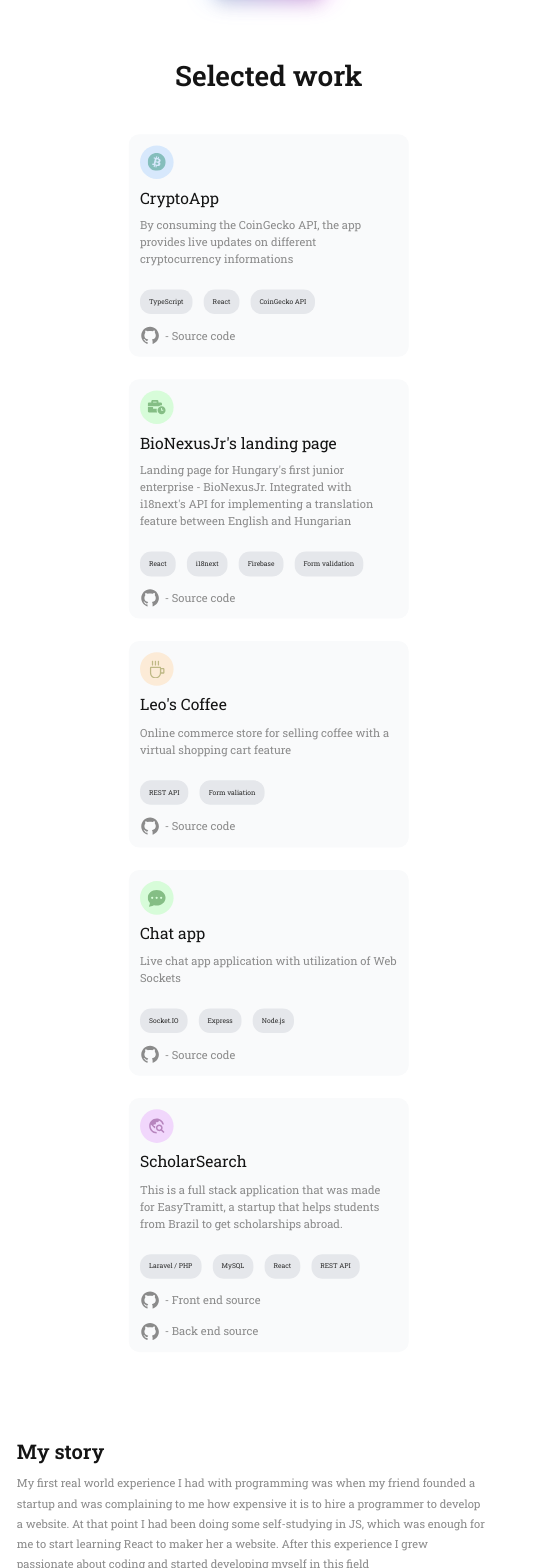
Repository: Leoka2000/portfolio-final
Page: /
The author's editor kept a copy of each file at every save. The page is drawn from the files as they stood at one save, then again after the next save.
The browser window is 768 px wide. The pictures show the part of the page from y = 424 to 2664 px (the page is 3842 px tall), at 70% of full size.
The page's requests for data from a server got no answer. Some web fonts or font styles are not loaded; a fallback is used. The project was rebuilt for these pictures with package versions that can differ from the ones it lists, and the page was loaded fresh each time. No one was signed in, and anything a server would have sent is missing. Also part of the build but not shown: src/App.css. Imported but missing from the stored project, and not drawn on this page: src/assets/LeoCV.pdf, src/assets/ScholarSearch.mp4.

Above is the page before, as saved 2023-05-11 19:57:47.

### public/index.html
<!DOCTYPE html>
<html lang="en">
  <head>
    <meta charset="utf-8" />
    <link rel="icon" href="%PUBLIC_URL%/favicon.ico" />
    <meta name="viewport" content="width=device-width, initial-scale=1" />
    <meta name="theme-color" content="#000000" />
    <meta
      name="description"
      content="Web site created using create-react-app"
    />
    <link rel="apple-touch-icon" href="%PUBLIC_URL%/logo192.png" />
    <!-- font -->
    <link rel="preconnect" href="https://fonts.googleapis.com">
    <link rel="preconnect" href="https://fonts.gstatic.com" crossorigin>
    <link href="https://fonts.googleapis.com/css2?family=Fira+Sans+Extra+Condensed:wght@300&family=Roboto+Condensed:wght@300&family=Roboto+Slab:wght@400;500;600&display=swap" rel="stylesheet">

    <!-- font -->
    <link rel="manifest" href="%PUBLIC_URL%/manifest.json" />

    <title>React App</title>
  </head>
  <body>
    <noscript>You need to enable JavaScript to run this app.</noscript>
    <div id="root"></div>
    <!--
      This HTML file is a template.
      If you open it directly in the browser, you will see an empty page.

      You can add webfonts, meta tags, or analytics to this file.
      The build step will place the bundled scripts into the <body> tag.

      To begin the development, run `npm start` or `yarn start`.
      To create a production bundle, use `npm run build` or `yarn build`.
    -->
  </body>
</html>

### src/pages/main/home.jsx
import React from 'react'
import Navbar from '../../compontents/navbar/navbar'
import Hero from './hero/hero'
import Work from './work/work-parent'
import About from './about/about'
import Contact from '../contact/contact'


const Home = () => {
  return (
    <>
      <Hero/>
      <Work/>
      <About/>
      <Contact/>
    </>
  )
}

export default Home

### src/compontents/navbar/navbar.css
.nav-navbar {
    display: flex;
    justify-content: flex-start;

    align-items: center;
    height: 90px;
}

.nav-navbar > span {
    display: flex;
    color: var(--h1);
    text-align: center;
    align-items: center;
    justify-content: center;
    background-color: #f5f5f5;
    font-weight: 300;
    padding: 9px 30px;
    border-radius: 30px;
    height: 2rem;
    gap: 1rem;
    width: auto;
    position: absolute;
    right: 30rem;

}
.nav-navbar > span > div {
width: 1.4rem;
border-radius: 100%;
background-color: rgb(101, 223, 101);
height: 1.4rem;
}
.dropdown-menu{
    position: absolute;
    right: 0;
    margin-right: 2rem;


}
.nav-dropdown {
    transform: none;
    transition: all 2s ease-in-out;
    margin-top: 1rem;
    background-color: #f5f5f5;
    position: absolute;
    top: 1;
    right: 0;
    border-radius: 10px;
    width: 10rem;
    height: 8.5rem;
    font-size: 1.2rem;
    transition: all .2s ease-in-out;
    box-shadow: rgba(0, 0, 0, 0.1) 0px 20px 25px -5px, rgba(0, 0, 0, 0.04) 0px 10px 10px -5px;
    opacity:1;
    transition:

     0s linear,
     1s linear;
}
.nav-dropdown::before {
    content: "";
z-index: -1;
position: absolute;
top: 0;
right: 0;
bottom: 0;
left: 0;
background: linear-gradient(-45deg,#e81cff,#40c9ff);
transform: translateZ(0) scale(.95);
filter: blur(20px);
opacity: .6;
transition: .3s;
border-radius: inherit;
transition: all 2s ease-in-out;

}
.dropdown{

    list-style: none;
    display: flex;
 flex-direction: column;
 padding: 1rem;
 transform: none;
 opacity:1;
    transition:

     0s linear,
     1s linear;


}

.dropdown > a {
    list-style: none;
    width: 84%;
    display: flex;
    padding: 0.5rem 1rem 0.5rem 0.7rem;
}
.dropdown > a > a {
    width: 100%;
}
.dropdown a:hover {
    background-color: rgb(219, 219, 219);
    cursor: pointer;
    border-radius: 10px;
    transition: 0.2s;
}
.nav-navbar > div > button {
    background-color: transparent;
    outline: none;
    border: none;
    display: flex;
    align-items: center;
    background-color: #f5f5f5;
    border-radius: 10px;

    padding: 0.8rem;
    justify-content: center;
    gap: 0.2rem;
    cursor: pointer;
    position: relative;
    transition: 0.3s;
}
.nav-navbar > div > button:hover {
background-color: rgb(228, 228, 228);
transform: scale(1.1);
}
.dropdown-menu > button > p {
    font-size: 1.2rem;

}
.dropdown-menu button svg {
    font-size: 1.5rem;
}

### src/pages/main/hero/hero.jsx
import React from 'react'
import {AiFillGithub} from 'react-icons/ai'
import {AiOutlineMail} from 'react-icons/ai'
import {AiFillLinkedin} from 'react-icons/ai'
import './hero.css'
import { Link } from 'react-scroll'

const hero = () => {
  return (
    <>
      <section className='hero-section'>
        <h1>Hi, I'm Leo, a front-end developer</h1>
        <p>I build things for the web primarily using React. Currently living in Hungary</p>
        <div className='icons-wrapper'>
          <a href='https://www.linkedin.com/in/leoreus/'><AiFillGithub/></a>
          <a href='https://github.com/Leoka2000'><AiOutlineMail/> </a>
          <a><AiFillLinkedin/></a>
        </div>
        <button className='hero-btn'> <Link to="contact" spy={true} smooth={true} offset={100} duration={500}>Hire me</Link></button>
      </section>
    </>
  )
}

export default hero

### src/pages/main/about/about.js
import React from 'react'
import './about.css'
import ThingsIDo from './thingsido/index'
import Skills from './skills/index'

const about = () => {
  return (
    <section id='about' className='about-section'>
      <ThingsIDo/>
      <Skills/>
    </section>
  )
}

export default about

### src/pages/contact/contact.js
import React from 'react'
import './contact.css'
import Form from './inputs/index'

const Contact = () => {
  return (
    <section id='contact' className='contact-session'>
      <header className='contact-header'>
        <h1>Let's Talk about Your Project.</h1>
        <p>Something on your mind? Get in touch and let's chat!</p>

      </header>
<main className='contact-main'>
<Form/>
</main>


    </section>
  )
}

export default Contact

### src/pages/main/hero/hero.css
.hero-section {
    display: flex;
    flex-direction: column;
    text-align: center;
    align-items: center;
    padding: 4rem 2rem 2rem 2rem;
    justify-content: center;
    gap: 1.5rem
}
.hero-section h1 {
    color: var(--h1);
    font-size: 5rem;
}
.hero-section p {
    color: var(--p);
    font-size: 2rem;
    line-height: 2.5rem;
    width: 80%;

}
.icons-wrapper {
    font-size: 2rem;
    color: var(--p);
    background-color: #f5f5f5;
    border-radius: 25px;
    align-items: center;
    padding: 0.8rem 0 0.5rem 0;
    width: 12rem;
    display: flex;
    justify-content: center;
    gap: 1rem;
    cursor: pointer;

}
.icons-wrapper a {
    text-decoration: none;
    color: var(--p);
}
.icons-wrapper svg {
    transition: 0.4s;
}
.icons-wrapper svg:hover {
    color: rgb(0, 0, 0);
}


.hero-section > button {
    font-family: 'Fira Sans Extra Condensed', sans-serif;

    font-family: 'Inter', sans-serif;

    font-family: 'Roboto Condensed', sans-serif;

    font-family: 'Roboto Slab', serif;

    display: flex;
    justify-content: center;
    align-items: center;
    color: white;
    font-size: 1.3rem;
    width: 10rem;
    height: 3.5rem;
    border-radius: 10px;
    outline: none;
    background-color: black;
    border: none;
    position: relative;
    cursor: pointer;
    transition: all .2s ease-in-out;
    box-shadow: rgba(0, 0, 0, 0.1) 0px 20px 25px -5px, rgba(0, 0, 0, 0.04) 0px 10px 10px -5px;
}
.hero-section > button::before {
    content: "";
z-index: -1;
position: absolute;
top: 0;
right: 0;
bottom: 0;
left: 0;
background: linear-gradient(-45deg, #e81cff, #40c9ff);
transform: translateZ(1) scale(.98);
filter: blur(20px);
opacity: .6;
transition: opacity .3s;
border-radius: inherit;
transition: all .2s ease-in-out;
}
.hero-section > button::after {

        content: "";
        z-index: -1;
        position: absolute;
        top: 0;
        right: 0;
        bottom: 0;
        left: 0;
        background: inherit;
        border-radius: inherit;
      }

.hero-section > button:hover {
transform: scale(1.1);
background-color: white;
color: black;
}



@media screen and (max-width: 1000px) {
    .hero-section > h1 {
        color: var(--h1);
        font-size: 2rem;
    }
    .hero-section > p {
        font-size: 1.2rem;
        line-height: 1.4rem;
    }

}

### src/pages/main/work/work.css
.work-section {
    display: flex;
    flex-direction: column;
    justify-content: center;
    padding: 4rem 1rem 1rem 1rem;

}
.work-section > header {
text-align: center;
font-size:2.5rem;
}

.work-main {
    padding-top: 4rem;
    display: flex;
    gap: 2rem;
    flex-wrap: wrap;
    justify-content: center;
}
.individual-wrapper {
    background-color: var(--background);
    width: 23rem;
    cursor: pointer;
    display: flex;
    justify-content: space-between;
    flex-direction: column;
gap: 1rem;
padding: 1rem;
border-radius: 15px;
height: auto;
transition: 0.5s;
}
.individual-wrapper:hover {
    transform: scale(1.02);
    background-color: rgb(241, 241, 241);

}
.individual-wrapper > h1 {
    font-size: 1.4rem;
    font-weight: 400;
}
.individual-wrapper > span {
    font-size: 1.6rem;
    background-color: var(--background-dark);
    border-radius: 100%;
    width: 3rem;
    height: 3rem;
    justify-content: center;
    align-items: center;
    display: flex;
}
.individual-wrapper > p {
    color: var(--p);
    line-height: 1.5rem;
}
.key-wrapper {
    display: flex;
    gap: 1rem
}
.key-wrapper > span {
    margin-top: 1rem;
    text-align: center;
    padding: 0.7rem;
    border-radius: 16px;
    width: auto;
    display: block;
    font-weight: 100;
    font-size: 0.75rem;
    background-color: var(--background-dark);
    color :rgb(43, 43, 43)
}

a { color: inherit;
text-decoration: none;
}
.individual-wrapper > a {
    font-size: 1.8rem;
    cursor: pointer;
    display: flex;
    color: var(--p);
    align-items: center;
    gap: 0.4rem;
    transition: 0.3s;
}
.individual-wrapper > a > p {
    color: var(--p);
    font-size: 1rem;
    transition: 0.3s;

}

.individual-wrapper > a:hover #hover {
    color: black;
}

.individual-wrapper > a:hover {
    color: black;
}
#work-1 {
    background-color: rgb(215, 232, 252);
    color: rgb(133, 190, 188);
}

#work-2 {
    background-color: rgb(215, 252, 217);
    color: rgb(133, 190, 133);
}
#work-3 {
    background-color: rgb(252, 235, 215);
    color: rgb(190, 184, 133);
}
#work-4 {
    background-color: rgb(215, 252, 217);
    color: rgb(133, 190, 133);
}
#work-5 {
    background-color: rgb(241, 215, 252);
    color: rgb(183, 133, 190);
}

  .video-overlay {
    position: fixed;
    top: 0;
    left: 0;
    width: 100%;
    height: 100%;
    background-color: rgba(0, 0, 0, 0.8);
    display: flex;
    justify-content: center;
    align-items: center;
    z-index: 9999;
  }

  .video-overlay video {
    width: 90%;
    height: 90%;
  }

  .video-overlay button {
    background-color: #fff;
    position: absolute;
    color: #000;
    border: none;
    right: 4rem;
    top: 12rem;
    padding: 10px 20px;
    font-size: 16px;
    border-radius: 4px;
    cursor: pointer;
  }

  .video-overlay button:hover {
    background-color: #000;
    color: #fff;
  }

  @media screen and (max-width: 1000px) {

    .video-overlay button {
        background-color: #fff;
        position: absolute;
        color: #000;
        border: none;
        right: 9rem;
        top: 9rem;
        padding: 10px 20px;
        font-size: 16px;
        border-radius: 4px;
        cursor: pointer;
      }


}

@media screen and (max-width: 800px) {
    .key-wrapper > span {
        margin-top: 1rem;
        text-align: center;
        padding: 0.8rem;
        border-radius: 16px;
        width: auto;
        display: block;
        font-weight: 100;
        font-size: 0.6rem;
        background-color: var(--background-dark);
        color :rgb(43, 43, 43)
    }
}

### src/pages/main/work/projects/bionexus/index.jsx
import React from 'react'
import {FaBusinessTime} from 'react-icons/fa'
import {AiFillGithub} from 'react-icons/ai'

const index = () => {
  return (
    <a target='_blank' href='https://bionexusjr.com/' className='individual-wrapper'>
    <span id='work-2'><FaBusinessTime/></span>
    <h1>BioNexusJr's landing page</h1>
    <p>Landing page for Hungary's first junior enterprise - BioNexusJr. Integrated with i18next's API for implementing a translation feature between English and Hungarian</p>
    <div className='key-wrapper'>
    <span>React</span>
      <span>i18next</span>
      <span>Firebase</span>
      <span>Form validation</span>
    </div>
    <a href='https://github.com/Leoka2000/BioNexus-s-Website'><AiFillGithub/><p id='hover'>- Source code</p></a>
  </a>
  )
}

export default index

### src/pages/main/work/projects/coffee/index.jsx
import React from 'react'
import {AiOutlineCoffee} from 'react-icons/ai'
import {AiFillGithub} from 'react-icons/ai'

const index = () => {
  return (
    <a target='_blank'  href='https://voluble-salamander-19402b.netlify.app/' className='individual-wrapper'>
      <span id='work-3'><AiOutlineCoffee/></span>
      <h1>Leo's Coffee</h1>
      <p>Online commerce store for selling coffee with a virtual shopping cart feature</p>
      <div className='key-wrapper'>
        <span>REST API</span>
        <span>Form valiation</span>
      </div>
      <a href='https://www.facebook.com/'><AiFillGithub/><p id='hover'>- Source code</p></a>
    </a>
  )
}

export default index

### src/pages/main/work/projects/chatapp/index.jsx
import React from 'react'
import {BsFillChatDotsFill} from 'react-icons/bs'
import {AiFillGithub} from 'react-icons/ai'

const index = () => {
  return (
    <a target='_blank'  href='https://idyllic-horse-830bac.netlify.app/' className='individual-wrapper'>
    <span id='work-4'><BsFillChatDotsFill/></span>
    <h1>Chat app</h1>
    <p>Live chat app application with utilization of Web Sockets</p>
    <div className='key-wrapper'>
      <span>Socket.IO</span>
      <span>Express</span>
      <span>Node.js</span>
    </div>
    <a href='https://www.facebook.com/'><AiFillGithub/><p id='hover'>- Source code</p></a>
  </a>
  )
}

export default index

### src/pages/main/work/projects/easy/index.jsx
import React, { useState } from 'react';
import { MdTravelExplore } from 'react-icons/md';
import { AiFillGithub } from 'react-icons/ai';
import video from '../../../../../assets/ScholarSearch.mp4';

const Index = () => {
  const [isVideoPlaying, setIsVideoPlaying] = useState(false);

  const handleVideoClick = (event) => {
    const targetElement = event.target;
    const isGithubLink = targetElement.closest('.github-link');

    if (!isGithubLink) {
      setIsVideoPlaying(true);
      disableScroll();
    }
  };

  const handleQuitVideo = () => {
    setIsVideoPlaying(false);
    enableScroll();
  };

  const disableScroll = () => {
    document.body.style.overflow = 'hidden';
  };

  const enableScroll = () => {
    document.body.style.overflow = '';
  };

  return (
    <div>
      <div onClick={handleVideoClick} className="individual-wrapper">
        <span id="work-5">
          <MdTravelExplore />
        </span>
        <h1>ScholarSearch</h1>
        <p>
          This is a full stack application that was made for EasyTramitt, a
          startup that helps students from Brazil to get scholarships abroad.
        </p>
        <div className="key-wrapper">
          <span>Laravel / PHP</span>
          <span>MySQL</span>
          <span>React</span>
          <span>REST API</span>
        </div>
        <a target='_blank' href="https://github.com/Leoka2000/front-end-ScholarSearch" className="github-link">
          <AiFillGithub />
          <p id="hover">- Front end source</p>
        </a>
        <a  target='_blank' href="https://github.com/Leoka2000/back-end-laravel" className="github-link">
          <AiFillGithub />
          <p id="hover">- Back end source</p>
        </a>
      </div>

      {isVideoPlaying && (
        <div className="video-overlay">
          <video src={video} controls autoPlay />
          <button onClick={handleQuitVideo}>Quit</button>
        </div>
      )}
    </div>
  );
};

export default Index;

### src/pages/main/work/projects/cryptoapp/index.jsx
import React from 'react'
import {SiBitcoin} from 'react-icons/si'
import {AiFillGithub} from 'react-icons/ai'

const index = () => {
  return (
    <a target='_blank'  href='https://regal-macaron-8fc4ed.netlify.app/' className='individual-wrapper'>
      <span id='work-1'><SiBitcoin/></span>
      <h1>CryptoApp</h1>
      <p>By consuming the CoinGecko API, the app provides live updates on different cryptocurrency informations</p>
      <div className='key-wrapper'>
      <span>TypeScript</span>
      <span>React</span>
        <span>CoinGecko API</span>
      </div>
      <a href='https://github.com/Leoka2000/CryptoApp'><AiFillGithub/><p id='hover'>- Source code</p></a>
    </a>
  )
}

export default index

### src/pages/main/about/about.css
.about-section {
    display: flex;
    gap: 0.5rem;
    padding: 7rem 1.5rem 5rem 4rem;
}

.left {
    display: flex;
    flex-direction: column;
    width: 50rem;
    gap: 1rem;

}
.left > h1 {
    color: var(--h1);
    font-size: 1.8rem;
}
.left > p {
    line-height: 1.8rem;
    color: var(--p);
    font-size: 1rem;
    font-weight: normal;
    -webkit-font-smoothing: antialiased;
    -moz-osx-font-smoothing: grayscale;
    width: 90%;

}

.right {
    display:flex;
    flex-direction: column;
    background-color: var(--background);
    border-radius: 16px;
    gap:1.6rem;
    padding: 1.3rem;
    justify-content: space-evenly;
    z-index: 0;
    width: 30rem;

}
.right > h1 {
    font-size: 1.9rem;
}
.right > p {
    color: var(--p);
    font-size: 1.1rem;
    line-height: 1.8rem;
    width: 95%;
}
.right-btn {
    display: flex;
    justify-content: center;
    align-items: center;
    color: white;
    font-size: 1rem;
    width: 10rem;
    height: 2.5rem;
    border-radius: 10px;
    outline: none;

    background-color: black;
    border: none;
    position: relative;
    cursor: pointer;
    transition: all .2s ease-in-out;
    box-shadow: rgba(0, 0, 0, 0.1) 0px 20px 25px -5px, rgba(0, 0, 0, 0.04) 0px 10px 10px -5px;
    font-family: 'Fira Sans Extra Condensed', sans-serif;

    font-family: 'Inter', sans-serif;

    font-family: 'Roboto Condensed', sans-serif;

    font-family: 'Roboto Slab', serif;
}
.right-btn::before {
    content:"";
z-index: -1;
position: absolute;
top: 0;
right: 0;
bottom: 0;

left: 0;
background: linear-gradient(-45deg, #e81cff, #40c9ff);
transform: translateZ(1) scale(.98);
filter: blur(20px);
opacity: 0.8;
transition: opacity .3s;
border-radius: inherit;
transition: all .2s ease-in-out;
}
.right-btn::after {

        content: "";
        z-index: -1;
        position: absolute;
        top: 0;
        right: 0;
        bottom: 0;
        left: 0;
        background: inherit;
        border-radius: inherit;
      }

      .right-btn:hover {
transform: scale(1.1);
background-color: white;
color: black;
}




@media screen and (max-width: 1150px) {
    .right {
        width: 35rem;


    }
    .left {
        width: 40rem;
        padding-left: 1.5rem;
    }
}

@media screen and (max-width: 1000px) {
    .about-section {
        flex-direction: column;
        padding-left: 0rem;
    }
    .right {
        width: 90%;



    }
    .left {
        width: 90%;
        padding-bottom: 1.5rem;


    }
    .left > p {
        width: 100%;
    }

    .right-btn {
        width: 13rem;
    }

    .right > p {

        font-size: 1.2rem;

    }
}

### src/pages/main/about/thingsido/index.jsx
import React from 'react'

const index = () => {
  return (
    <div className='left'>
            <h1>My story</h1>
            <p>My first real world experience I had with programming was when my friend founded a startup and was complaining to me how expensive it is to hire a programmer to develop a website. At that point I had been doing some self-studying in JS, which was enough for me to start learning React to maker her a website. After this experience I grew passionate about coding and started developing myself in this field</p>
            <p>In my free time I am a language learner. Aside from my native language, I also speak English, Hungarian, and a bit of Italian</p>
        </div>
  )
}

export default index

### src/pages/main/about/skills/index.jsx
import React from 'react'
import CV from '../../../../assets/LeoCV.pdf'
import './index.css'



const index = () => {
    return (
        <div className='right'>
            <h1>Skills</h1>
            <p>HTML / CSS / TypeScript / React / Laravel / PHP / MySQL / Next.js / Node.js / Express.js / Figma</p>
            <a href={CV} download className='right-btn'>Download CV</a>
        </div>
    )
}

export default index

### src/pages/contact/contact.css
.contact-session {
    padding: 5rem 1rem 5rem 1rem;
}
.contact-header {
    text-align: center;
    font-size: 1.2rem;
    gap: 1.5rem;
    display: flex;
    flex-direction: column;
}
.contact-header > h1 {
    font-size: 4rem;
    color: var(--h1);
}
.contact-header > p {
    color: var(--p);
    font-size: 1.7rem;
}
.contact-main {
    padding-top: 3rem;
    display: flex;
    justify-content: center;

}
.form {
    display: flex;
    flex-direction: column;
    justify-content: center;
    align-items: center;
    gap: 1rem;
    width: 25rem;
    box-shadow: rgba(0, 0, 0, 0.16) 0px 10px 36px 0px, rgba(0, 0, 0, 0.06) 0px 0px 0px 1px;
    padding: 2rem;
    border-radius: 10px;

}
.input {
    padding: 0.8rem;
    width: 22.5rem;
    outline: 2px solid transparent;
outline-offset: 2px;
border: none;
background-color: var(--background);
border-radius: 4px;
font-size: 1.1rem;
font-family: 'Fira Sans Extra Condensed', sans-serif;

  font-family: 'Inter', sans-serif;

  font-family: 'Roboto Condensed', sans-serif;

  font-family: 'Roboto Slab', serif;

}
.textarea {
padding: 0.8rem;
    width: 22.5rem;
    height: 5rem;
    outline: 2px solid transparent;
outline-offset: 2px;
border: none;
background-color: var(--background);
border-radius: 4px;
font-family: 'Fira Sans Extra Condensed', sans-serif;
font-size: 1.1rem;
  font-family: 'Inter', sans-serif;

  font-family: 'Roboto Condensed', sans-serif;

  font-family: 'Roboto Slab', serif;
}

.error {
  text-align:end;
   color: red;
}
.success {
 color: rgb(16, 184, 80);
 padding-bottom: 0.5rem;
}
.contact-btn {
    font-family: 'Fira Sans Extra Condensed', sans-serif;

    font-family: 'Inter', sans-serif;

    font-family: 'Roboto Condensed', sans-serif;

    font-family: 'Roboto Slab', serif;

    display: flex;
    justify-content: center;
    align-items: center;
    color: white;
    font-size: 1.1rem;
    width: 10rem;
    height: 2.8rem;
    border-radius: 10px;
    outline: none;
    background-color: black;
    border: none;
    position: relative;
    cursor: pointer;
    transition: all .2s ease-in-out;
    box-shadow: rgba(0, 0, 0, 0.1) 0px 20px 25px -5px, rgba(0, 0, 0, 0.04) 0px 10px 10px -5px;
    margin-top: 1rem;
}

.contact-btn::before {
    content: "";
z-index: -1;
position: absolute;
top: 0;
right: 0;
bottom: 0;
left: 0;
background: linear-gradient(-45deg, #e81cff, #40c9ff);
transform: translateZ(1) scale(.9);
filter: blur(20px);
opacity: .9;
transition: opacity .3s;
border-radius: inherit;
transition: all .2s ease-in-out;
}
.contact-btn::after {

        content: "";
        z-index: -1;
        position: absolute;
        top: 0;
        right: 0;
        bottom: 0;
        left: 0;
        background: inherit;
        border-radius: inherit;
      }

.contact-btn:hover {
transform: scale(1.1);
background-color: white;
color: black;
}

@media screen and (max-width: 600px) {

    .contact-header > h1 {

        font-size: 2.5rem;
    }
    .contact-header > p {
        line-height: 2rem;
        font-size: 1.6rem;
    }

}
@media screen and (max-width: 400px) {
    .input, .textarea {
        width: 18rem;
    }
}

### src/firebaseConfig.js
import { initializeApp } from "firebase/app";
import { getFirestore } from '@firebase/firestore'

const firebaseConfig = {

  apiKey: `${process.env.REACT_APP_API_KEY}`,

  authDomain: "portfolio-6b1fa.firebaseapp.com",

  projectId: "portfolio-6b1fa",

  storageBucket: "portfolio-6b1fa.appspot.com",

  messagingSenderId: "417124294769",

  appId: "1:417124294769:web:517649707aa8fc9622fbd0",

  measurementId: "G-0YRDJZY4KD"

};




  const app = initializeApp(firebaseConfig)

 export const db = getFirestore(app)

Loaded but not shown: src/index.js (common file); src/index.css (common file); src/App.js (common file); src/pages/contact/inputs/index.js (55 lines, source omitted); src/compontents/navbar/navbar.js (35 lines, source omitted); src/pages/main/work/work-parent.js (32 lines, source omitted); src/pages/main/about/skills/index.css (no stored copy; drawn as an empty file)

After the next save:
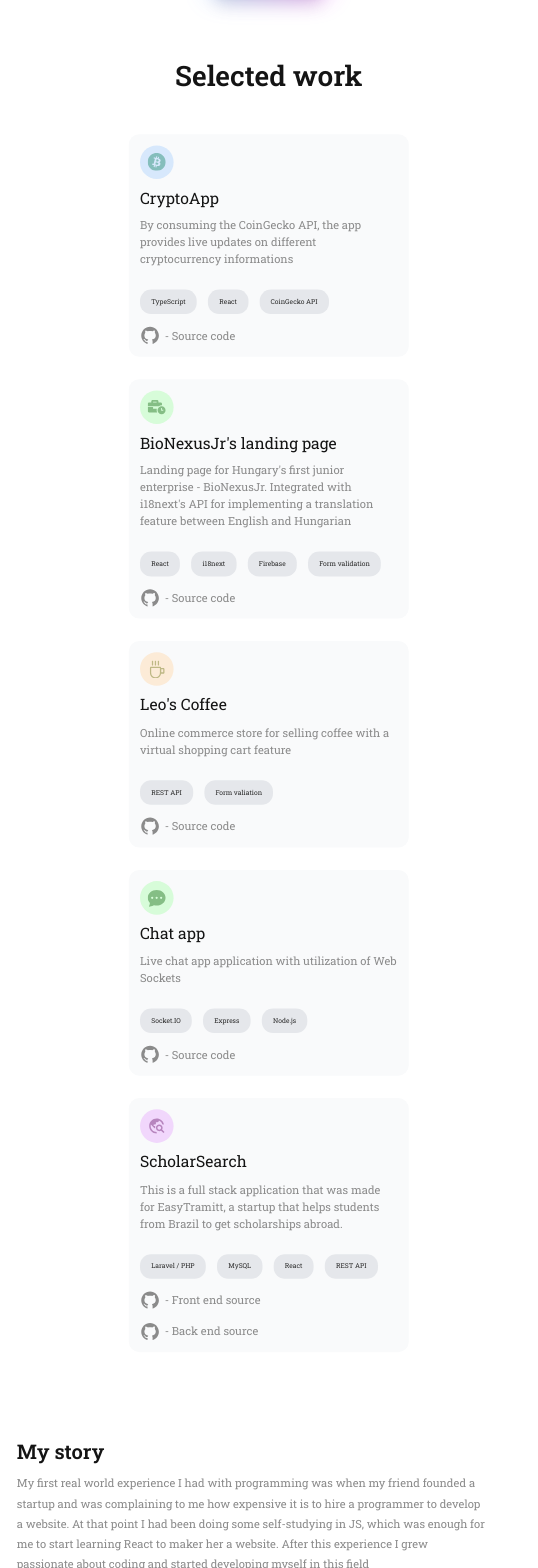
Saved 13 s later.
--- a/src/pages/main/work/work.css
+++ b/src/pages/main/work/work.css
@@ -176,7 +176,7 @@ text-decoration: none;
     .key-wrapper > span {
         margin-top: 1rem;
         text-align: center;
-        padding: 0.8rem;
+        padding: 0.8rem 1rem 0.8rem 1rem;
         border-radius: 16px;
         width: auto;
         display: block;
